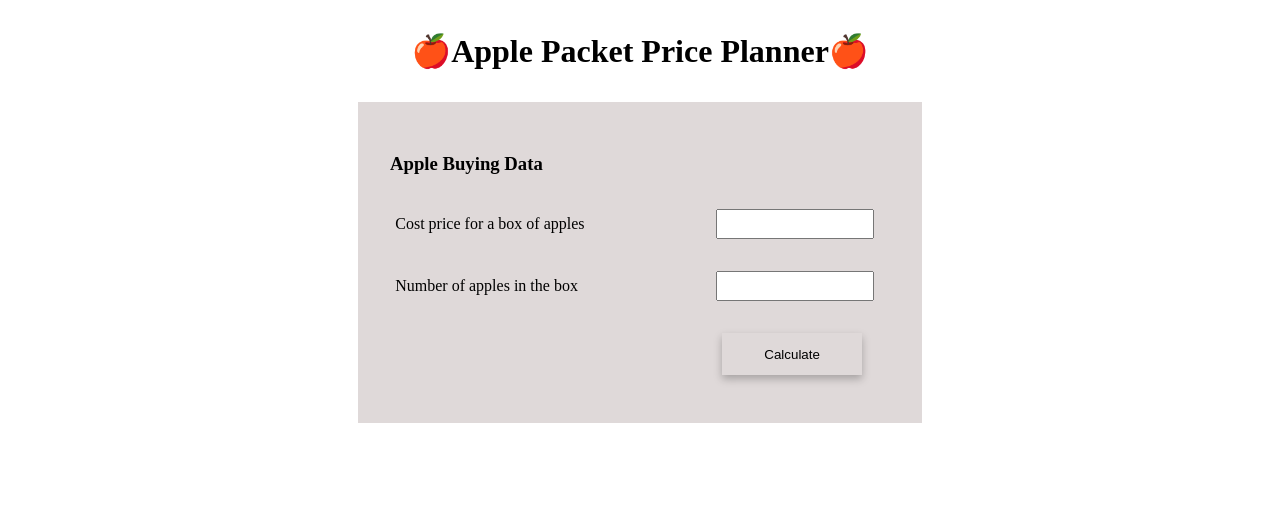
Repository: lasity34/apple-packet-price-planner
Page: index.html
The author's editor kept a copy of each file at every save. The page is drawn from the files as they stood at one save, then again after the next save.
The browser window is 1280 px wide. The pictures show the whole page.

Above is the page before, as saved 2023-05-29 10:37:55.

### index.html
<!DOCTYPE html>
<html lang="en">
  <head>
    <meta charset="UTF-8" />
    <meta http-equiv="X-UA-Compatible" content="IE=edge" />
    <meta name="viewport" content="width=device-width, initial-scale=1.0" />
    <title>Apple Packet Price Planner</title>
    <link href="./style.css" rel="stylesheet" />
  </head>
  <body>
    <h1>🍎Apple Packet Price Planner🍎</h1>
    <main>
      <h3>Apple Buying Data</h3>
      <section class="input_section">
        <div class="input_container">
          <label for="apple_price">Cost price for a box of apples</label><br />
          <input
            type="number"
            id="apple_price"
            name="apple_price"
            required
          /><br />
        </div>
      </section>
      <section class="input_section">
        <div class="input_container">
          <label for="apple_num">Number of apples in the box</label><br />
          <input type="number" id="apple_num" name="apple_num" required /><br />
        </div>
      </section>
      <div class="btn_container">
        <div></div>
        <button class="calculate_btn">Calculate</button>
      </div>
    </main>
  </body>
  <script src="./apple-factory.js"></script>
  <script src="./apple-dom.js"></script>
</html>

### style.css

h1 {
    text-align: center;
    margin: 1em;
}

main {
    background-color: rgb(223, 217, 217);
    margin: 0 auto;
    padding: 2em;
    width: 70%;
    max-width: 500px;
}

.input_section {
    padding: 1em 0;
}

.input_container {
    display: flex;
    justify-content: space-around;
    height: 30px;
}

.input_container input {
    width: 30%;
}

.input_container label {
    width: 60%;
   align-self: center;
}

.btn_container {
    display: flex;
    justify-content: space-around;
    padding: 1em;

}

.btn_container div {
    width: 60%;
}

.calculate_btn {
    background-color: rgb(223, 217, 217);
    width: 30%;
    padding: 1em;
    border: none;
    box-shadow: 0px 4px 8px rgba(0, 0, 0, 0.25);
}

### apple-factory.js


function apple_factory(price, num) {

    let apple_cost_price = price || 0;
    let num_apples = num || 0;

    function apple_price(price) {
        apple_cost_price = price
    }

     function apple_count(num) {
        num_apples = num
     }

    function apples_price_length() {
        return apple_cost_price
    }

    function apple_count_length() {
        return num_apples
    }

    return {
        apple_price,
        apples_price_length,
        apple_count,
        apple_count_length

    }
}

### apple-dom.js
const calculate_btn = document.querySelector(".calculate_btn");
const apple_cost_input = document.getElementById("apple_price").value;
const apple_num_input = document.getElementById("apple_num").value;



const apple_fact = apple_factory(apple_cost_input, apple_num_input);

function apple_dom() {


  console.log(apple_fact.apples_price_length());
  console.log(apple_fact.apple_count_length());
}

calculate_btn.addEventListener("click", apple_dom);

After the next save:
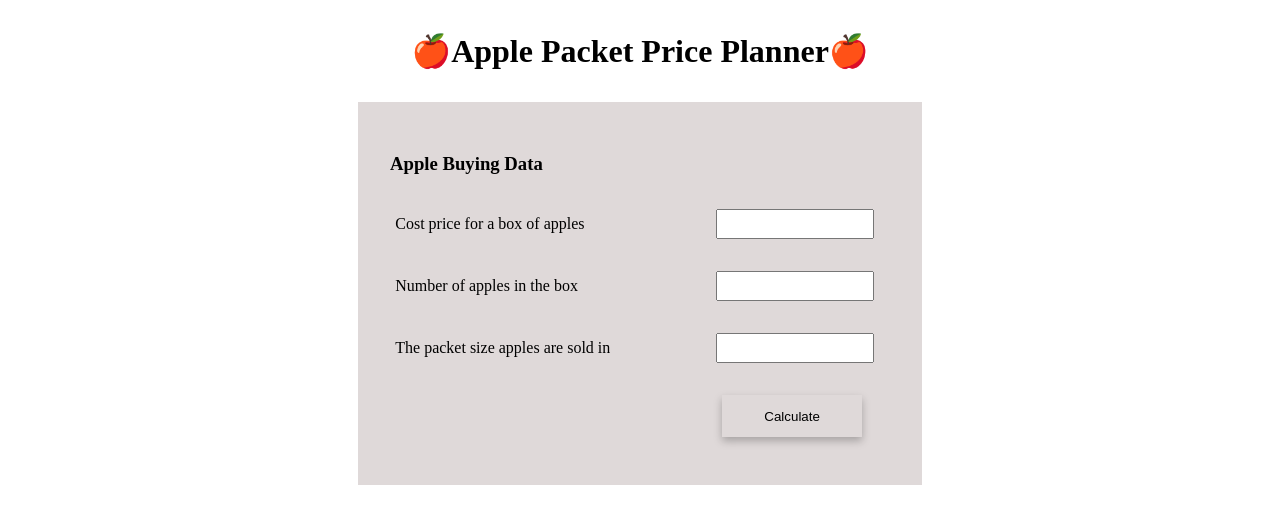
Saved 10 min 53 s later.
--- a/index.html
+++ b/index.html
@@ -28,6 +28,12 @@
           <input type="number" id="apple_num" name="apple_num" required /><br />
         </div>
       </section>
+      <section class="input_section">
+        <div class="input_container">
+          <label for="packet_size">The packet size apples are sold in</label><br />
+          <input type="number" id="packet_size" name="packet_size" required /><br />
+        </div>
+      </section>
       <div class="btn_container">
         <div></div>
         <button class="calculate_btn">Calculate</button>
